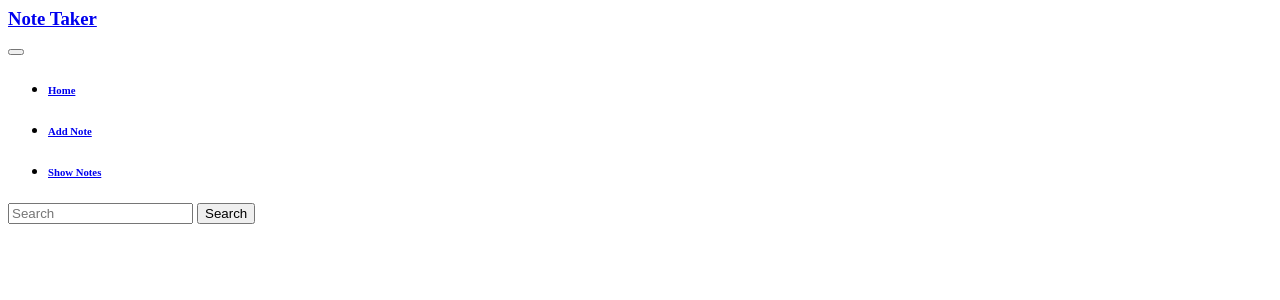
Repository: aadilnoor/Hibernate_learning
Page: http://localhost/NoteTakerProjectHibernate/navbar.jsp
The author's editor kept a copy of each file at every save. The page is drawn from the files as they stood at one save, then again after the next save.
The browser window is 1280 px wide. The pictures show the whole page.
The page is served by Tomcat 9.

Above is the page before, as saved 2024-02-01 10:49:46.

After the next save:
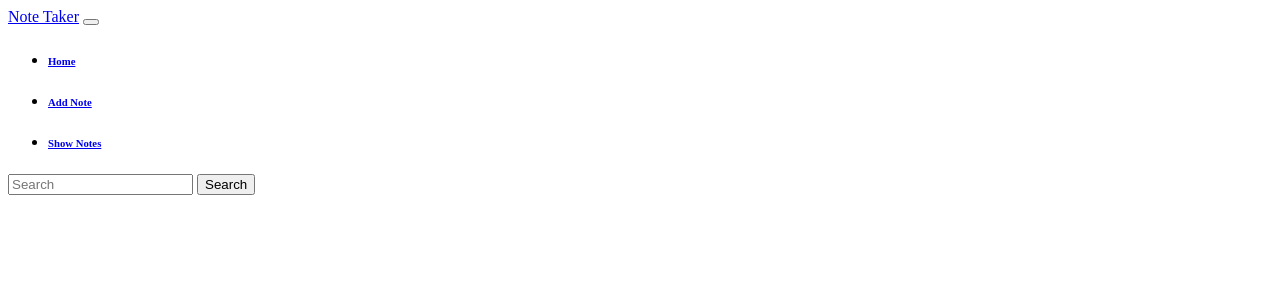
Saved 29 s later.
--- a/NoteTakerProjectHibernate/src/main/webapp/navbar.jsp
+++ b/NoteTakerProjectHibernate/src/main/webapp/navbar.jsp
@@ -1,7 +1,7 @@
 
 <nav class="navbar navbar-expand-lg navbar-dark pink">
 	<div class="container-fluid">
-		<a class="navbar-brand" href="index.jsp"><h3>Note Taker</h3></a>
+		<a class="navbar-brand" href="index.jsp">Note Taker</a>
 		<button class="navbar-toggler" type="button" data-bs-toggle="collapse"
 			data-bs-target="#navbarSupportedContent"
 			aria-controls="navbarSupportedContent" aria-expanded="false"
